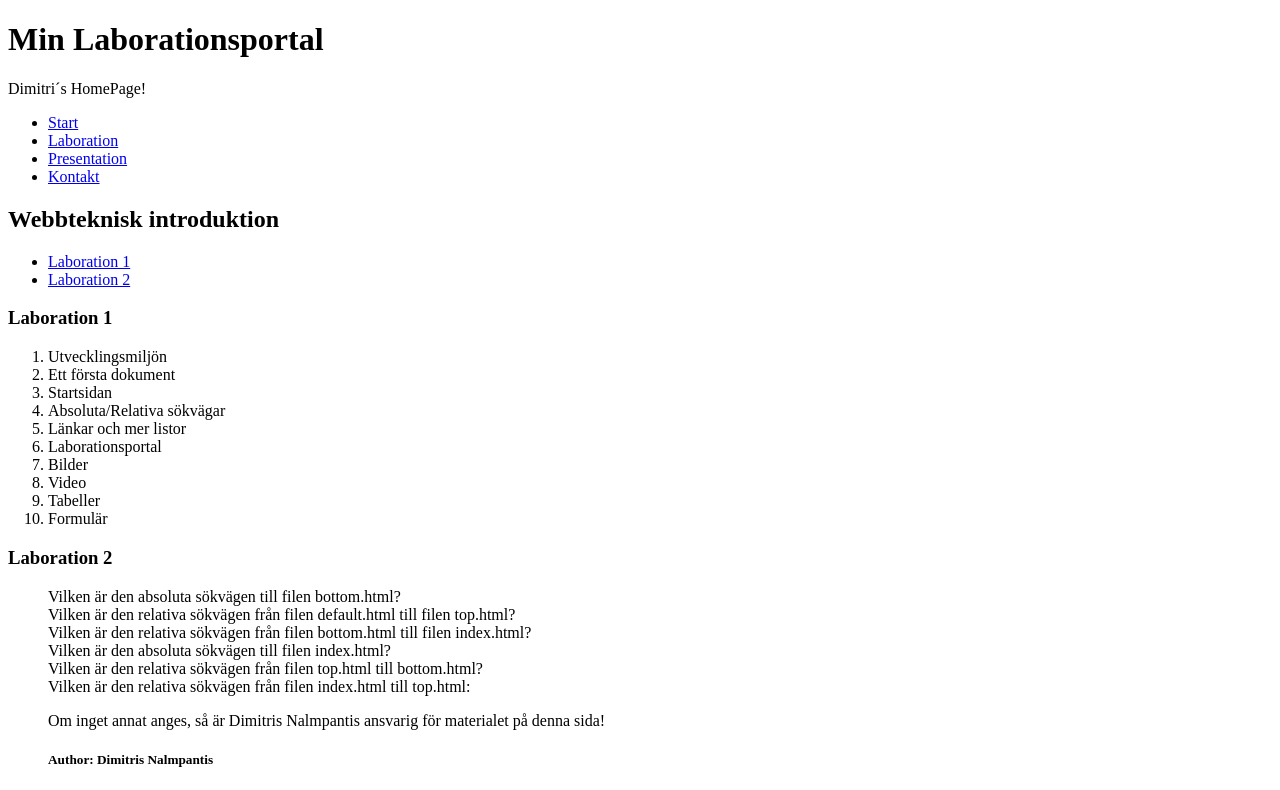
Repository: dn222em/1ik415-laborationer
Page: pages/laborationer.html
The author's editor kept a record of every edit. The page is drawn from the files as they stood at one moment, then again after the next edit.
The browser window is 1280 px wide. The pictures show the whole page.

Above is the page before.

After the next edit:
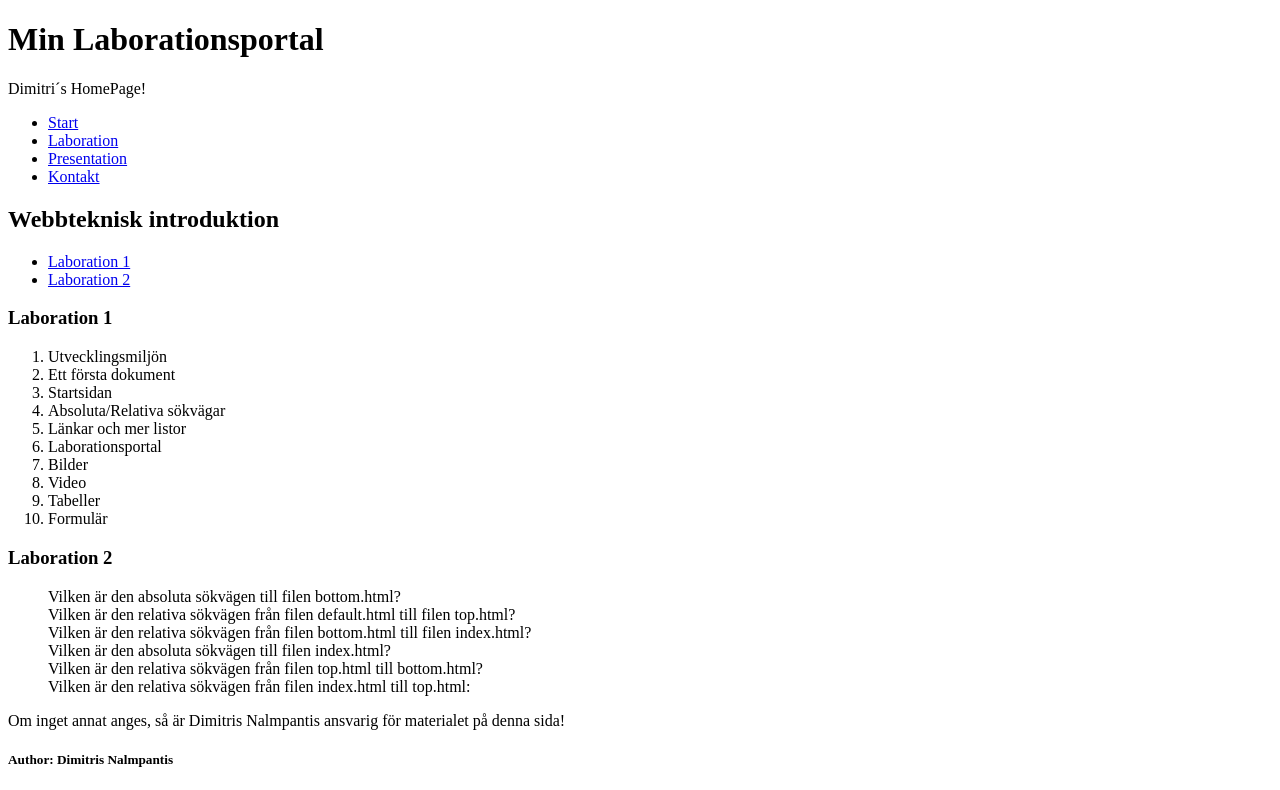
The edit:
--- a/pages/laborationer.html
+++ b/pages/laborationer.html
@@ -47,6 +47,7 @@
     	            <dt>Vilken är den relativa sökvägen från filen top.html till bottom.html?</dt>
     	            <dt>Vilken är den relativa sökvägen från filen index.html till top.html:</dt>
     	        </dl>
+    	        </ol>
 
     	<p>Om inget annat anges, så är Dimitris Nalmpantis ansvarig för materialet på denna sida!</p>
 
